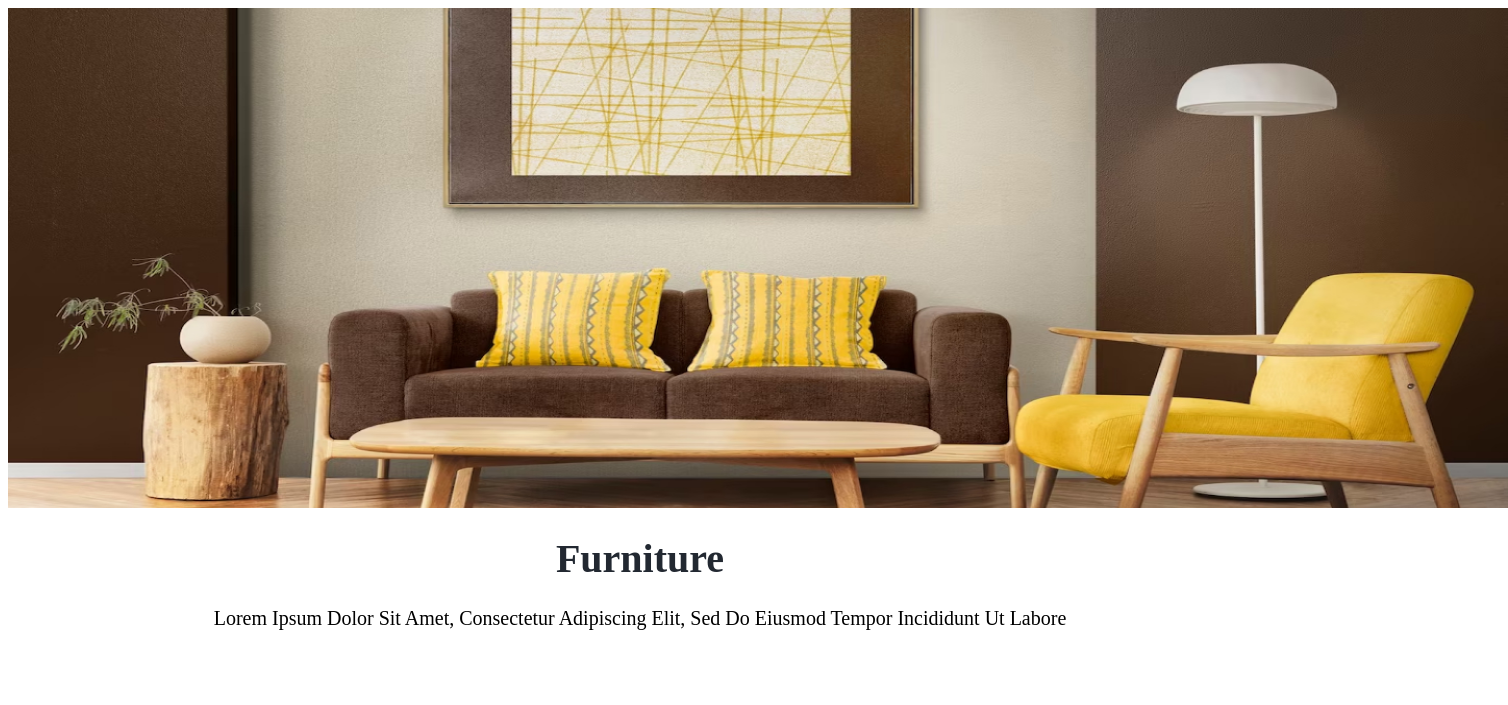
Repository: nikita120402/next13-deploy
Page: /
The author's editor kept a copy of each file at every save. The page is drawn from the files as they stood at one save, then again after a run of saves.
The browser window is 1280 px wide. The page is 1508 px wide, so the pictures cover 1508 px, including what lies to the right of the window. The pictures show the whole page.
Pictures or frames that could not be fetched are drawn as grey boxes. The project was rebuilt for these pictures with package versions that can differ from the ones it lists, and the page was loaded fresh each time. The framework's server and built-in components were replaced by stand-ins that run in the browser. Also part of the build but not shown: next.config.js.

Above is the page before, as saved 2023-08-01 19:48:47.

After the next 5 saves:
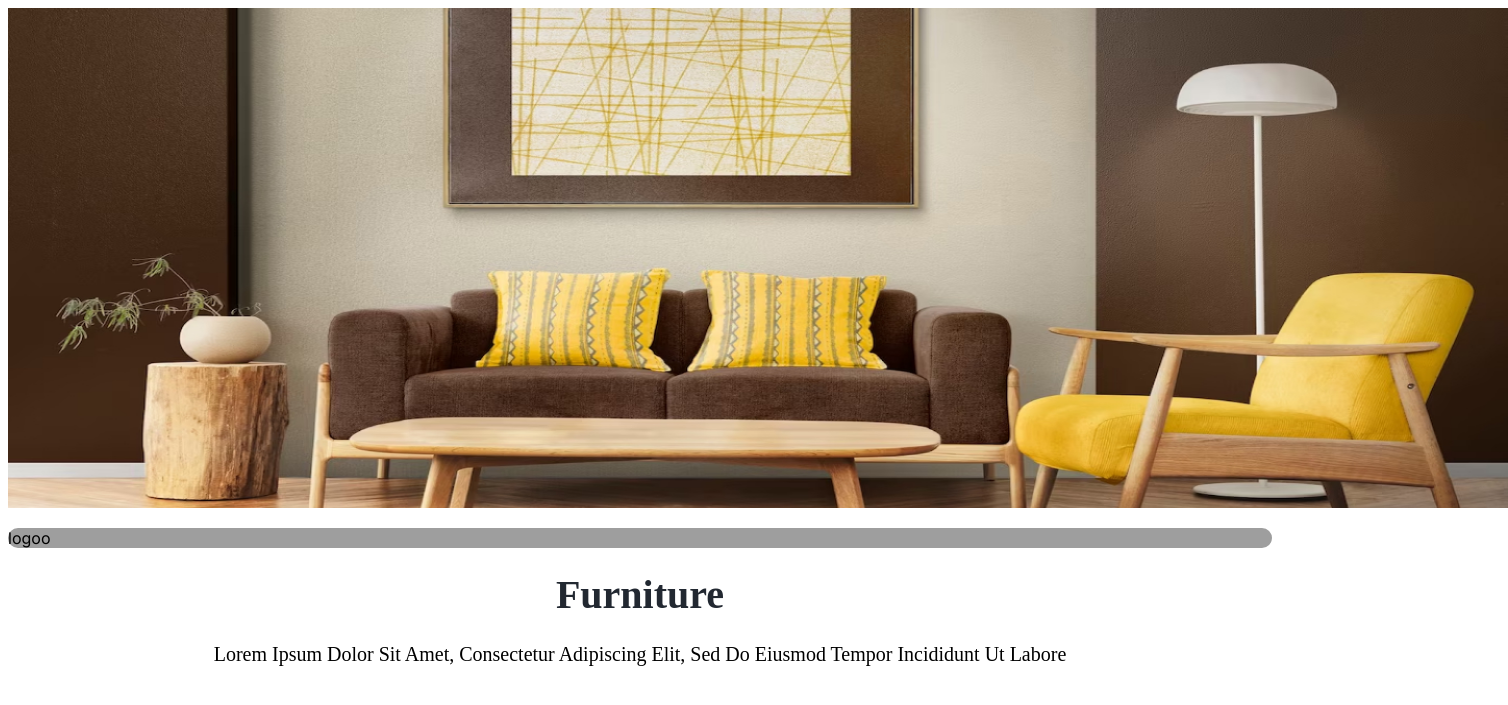
The 5 saves are shown as one change because 4 did not build or start.
The last was saved 2 min 45 s later.
--- a/src/app/page.tsx
+++ b/src/app/page.tsx
@@ -9,6 +9,7 @@ export default function Page() {
       width={1500}
       height={500}
           />
+          <p>logoo</p>
           <h1 text-align-center>Furniture</h1>
           <h4>Lorem ipsum dolor sit amet, consectetur adipiscing elit, sed do eiusmod tempor incididunt ut labore </h4>
           </div>
